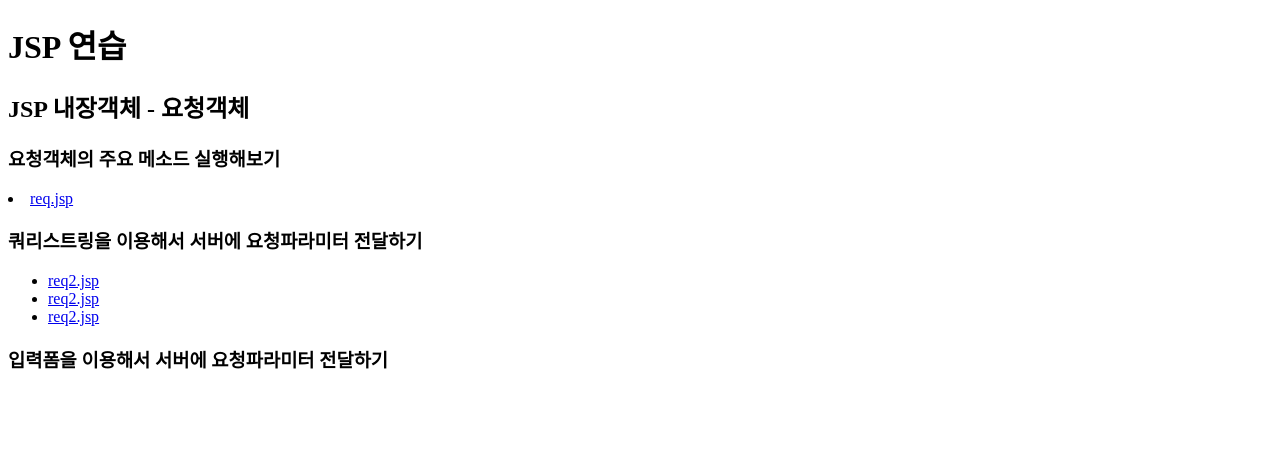
Repository: qwer1227/Jsp_study
Page: http://localhost/app/home.jsp
The author's editor kept a copy of each file at every save. The page is drawn from the files as they stood at one save, then again after the next save.
The browser window is 1280 px wide. The pictures show the whole page.
The page is served by Tomcat 9.

Above is the page before, as saved 2024-08-07 01:09:57.

### app/src/main/webapp/home.jsp
<%@ page language="java" contentType="text/html; charset=UTF-8"
    pageEncoding="UTF-8"%>
<!DOCTYPE html>
<html>
<head>
<meta charset="UTF-8">
<title>Insert title here</title>
</head>
<body>
<h1>JSP 연습</h1>
<H2>JSP 내장객체 - 요청객체</H2>

<h3>요청객체의 주요 메소드 실행해보기</h3>
<li><a href="req.jsp">req.jsp</a></li>
<h3>쿼리스트링을 이용해서 서버에 요청파라미터 전달하기</h3>
<ul>
	<li><a href="req2.jsp?opt=title&keyword=java">req2.jsp</a></li>
	<li><a href="req2.jsp?opt=title&keyword=스프링">req2.jsp</a></li>
	<li><a href="req2.jsp?opt=title&publisher=한빛출판사">req2.jsp</a></li>
</ul>

<h3>입력폼을 이용해서 서버에 요청파라미터 전달하기</h3>
<form method="get" action="req2.jsp">

</form>
</body>
</html>

After the next save:
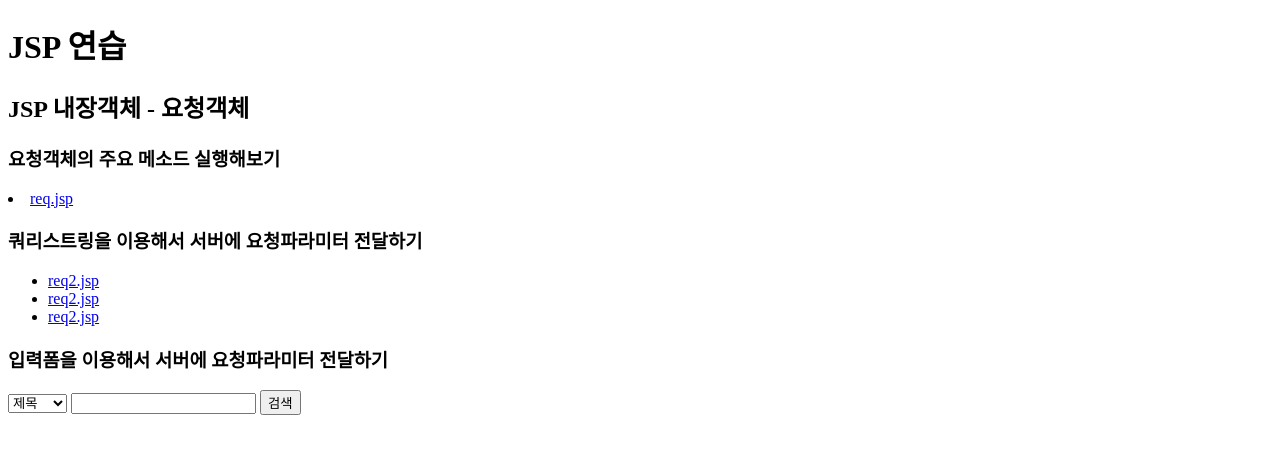
Saved 113 s later.
--- a/app/src/main/webapp/home.jsp
+++ b/app/src/main/webapp/home.jsp
@@ -21,7 +21,13 @@
 
 <h3>입력폼을 이용해서 서버에 요청파라미터 전달하기</h3>
 <form method="get" action="req2.jsp">
-
+	<select name="opt">
+		<option value="title">제목</option>
+		<option value="writer">저자</option>
+		<option value="publisher">출판사</option>
+	</select>
+	<input type="text" name="keyword">
+	<button type="submit">검색</button>
 </form>
 </body>
 </html>
